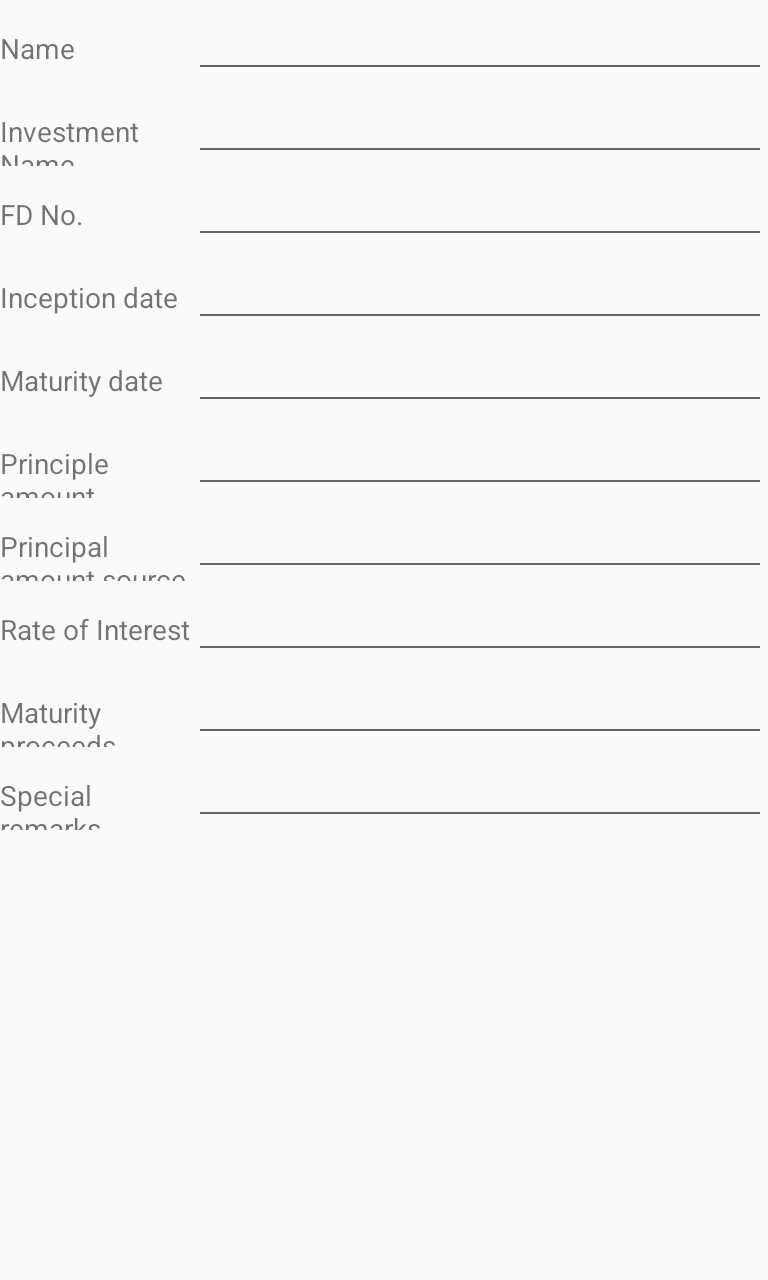
Repository: apoorvelec/AndroidApps
Layout: Investofolio/res/layout/activity_add_investment.xml
The author's editor kept a copy of each file at every save. The layout is drawn from the files as they stood at one save, then again after the next save.
It is drawn on a 768 x 1280 px phone screen (xhdpi) without system bars, with theme AppTheme; the app's code is not run.

Above is the layout before, as saved 2017-01-06 06:16:20.

After the next save:
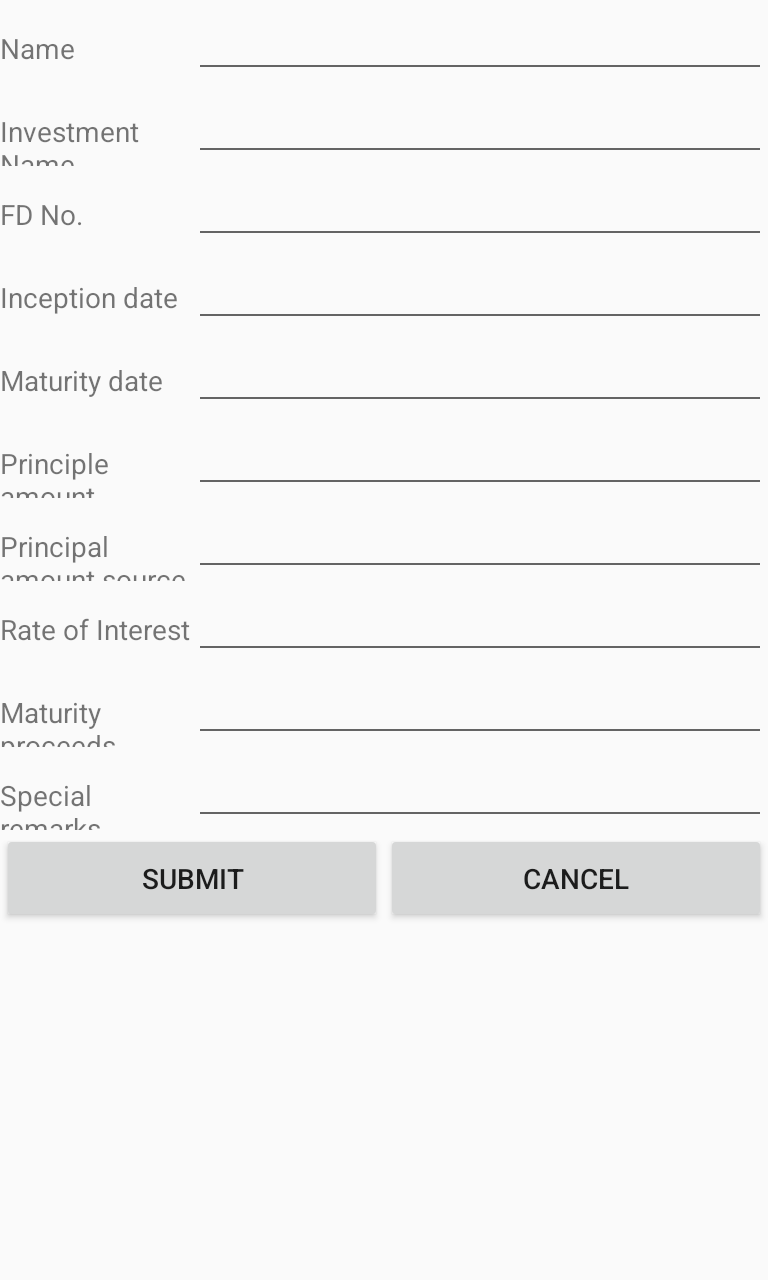
Saved 3 min 1 s later.
--- a/Investofolio/res/layout/activity_add_investment.xml
+++ b/Investofolio/res/layout/activity_add_investment.xml
@@ -206,4 +206,23 @@
             android:ems="10" />
     </LinearLayout>
 
+    <!-- Policy holder's name -->
+    <LinearLayout
+        android:layout_width="match_parent"
+        android:layout_height="wrap_content"
+        android:orientation="horizontal" >
+
+        <Button
+            android:layout_width="0dp"
+            android:layout_height="wrap_content"
+            android:layout_weight="0.5"
+            android:text="Submit" />
+
+        <Button
+            android:layout_width="0dp"
+            android:layout_height="wrap_content"
+            android:layout_weight="0.5"
+            android:text="Cancel" />
+    </LinearLayout>
+
 </LinearLayout>
